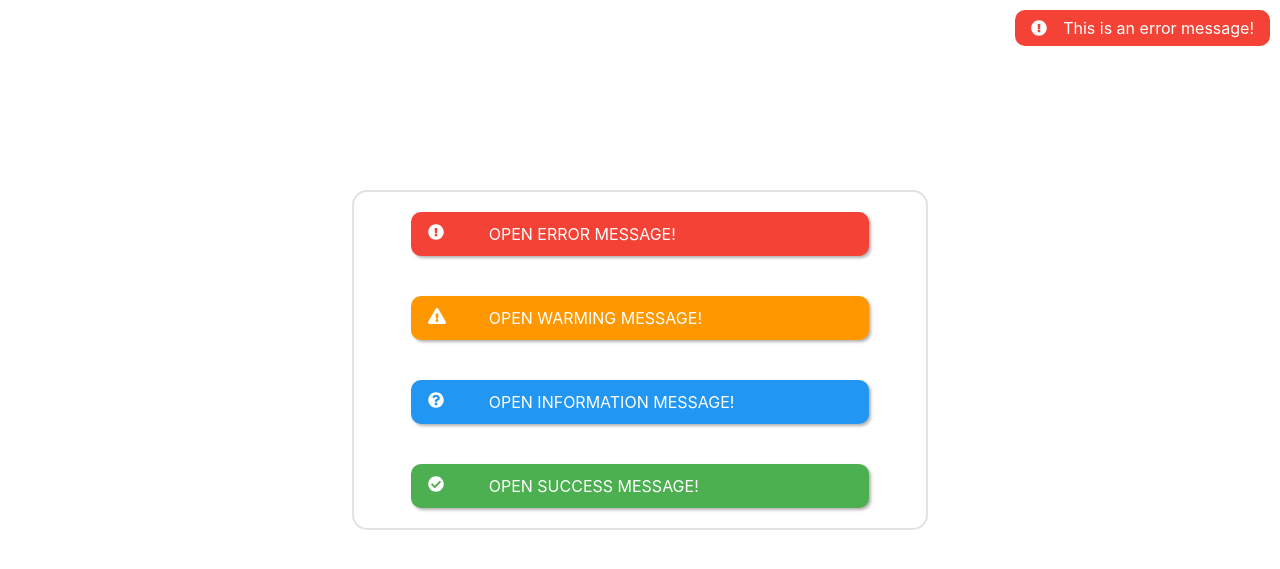
Repository: KrzysKolo/sr_tydzien5_zad2
Page: /, after clicking the first element matching `div.btn`
The author's editor kept a copy of each file at every save. The page is drawn from the files as they stood at one save, then again after the next save.
The browser window is 1280 px wide. The pictures show the whole page.
The project was rebuilt for these pictures with package versions that can differ from the ones it lists, and the page was loaded fresh each time.

Above is the page before, as saved 2020-12-28 04:46:21.

### public/index.html
<!DOCTYPE html>
<html lang="en">
  <head>
    <meta charset="utf-8" />
    <link rel="icon" href="%PUBLIC_URL%/favicon.ico" />
    <meta name="viewport" content="width=device-width, initial-scale=1" />
    <meta name="theme-color" content="#000000" />
    <meta
      name="description"
      content="Web site created using create-react-app"
    />
    <link rel="apple-touch-icon" href="%PUBLIC_URL%/logo192.png" />
    <!--
      manifest.json provides metadata used when your web app is installed on a
      user's mobile device or desktop. See https://developers.google.com/web/fundamentals/web-app-manifest/
    -->
    <link rel="manifest" href="%PUBLIC_URL%/manifest.json" />
    <!--
      Notice the use of %PUBLIC_URL% in the tags above.
      It will be replaced with the URL of the `public` folder during the build.
      Only files inside the `public` folder can be referenced from the HTML.

      Unlike "/favicon.ico" or "favicon.ico", "%PUBLIC_URL%/favicon.ico" will
      work correctly both with client-side routing and a non-root public URL.
      Learn how to configure a non-root public URL by running `npm run build`.
    -->
    <title>Zad 2 - snackbar</title>
  </head>
  <body>
    <noscript>You need to enable JavaScript to run this app.</noscript>
    <div id="root"></div>
    <!--
      This HTML file is a template.
      If you open it directly in the browser, you will see an empty page.

      You can add webfonts, meta tags, or analytics to this file.
      The build step will place the bundled scripts into the <body> tag.

      To begin the development, run `npm start` or `yarn start`.
      To create a production bundle, use `npm run build` or `yarn build`.
    -->
  </body>
</html>

### src/App.js
import React from 'react';
import Buttons from './components/Buttons';
import './App.css';
const App = () => {
  return (
    <div className="wrapper--btn">
      <Buttons />
    </div>
  )
}

export default App;

### src/components/Buttons.js
import React from 'react';
import ButtonsData from './../data/ButtonsData';
import Button from './Button';


const Buttons = () => {

    return (
        <>
            {ButtonsData.map(button =>
                <Button key={button.id} data={button} />
            )}

        </>
    )
}

export default Buttons;

### src/App.css
* {
  box-sizing: border-box;
  margin: 0;
}
body {
  width: 100vw;
  height: 100vh;
  display: flex;
  flex-direction: row;
  justify-content: center;
  align-items: center;
}
.wrapper--btn {
  border: 2px solid #e3e3e3;
  border-radius: 15px;
  width: 45vw;
  display: flex;
  flex-direction: column;
  justify-content: center;
  align-items: center;
}
.btn {
  border-radius: 10px;
  color: rgb(240, 239, 244);
  cursor: pointer;
  outline: none;
  padding: 10px 15px;
  margin: 20px;
  width: 80%;
  display: grid;
  grid-template-columns: 0.5fr 3fr;
  box-shadow: 2px 2px 3px rgba(102, 102, 102, 0.5);
  transition: all 0.3s ease-in-out;
}
.snackbar {
  font-size: 1rem;
  padding: 10px 16px;
  border-radius: 10px;
  display: grid;
  grid-template-columns: 0.5fr 3fr;
  line-height: 1rem;
}
.error {
  color: white;
  background: rgb(244, 67, 54);
}

.success {
  color: rgb(124, 0, 0);
  background: rgb(76, 175, 80);
}
.information {
  color: yellow;
  background: rgb(33, 150, 243);
}

.warning {
  background: rgb(255, 152, 0);
  color: black;
}
.top-right {
  position: absolute;
  top: 10px;
  right: 10px;
}
.center-bottom {
  position: absolute;
  bottom: 30px;
  left: calc(100vw-50%);
}
.center-left {
  position: absolute;
  top: 25vh;
  left: 10px;
}
.bottom-right {
  position: absolute;
  bottom: 10px;
  right: 10px;
}

### src/data/ButtonsData.js
const ButtonsData = [
    {
      id: 0,
      name: "OPEN ERROR MESSAGE!",
      color: "rgb(244, 67, 54)",
      icon: "faExclamationCircle",
      type: "error",
      message: "This is an error message!",
      position: "top-right",
    },
    {
      id: 1,
      name: "OPEN WARMING MESSAGE!",
      color: "rgb(255, 152, 0)",
      icon: "faExclamationTriangle",
      type: "warning",
      message: "This is a warning message!",
      position: "center-bottom",
    },
    {
      id: 2,
      name: "OPEN INFORMATION MESSAGE!",
      color: "rgb(33, 150, 243)",
      icon: "faQuestionCircle",
      type: "information",
      message: "This is an information message!",
      position:"center-left",
    },
    {
      id: 3,
      name: "OPEN SUCCESS MESSAGE!",
      color: "rgb(76, 175, 80)",
      icon: "faCheckCircle",
      type: "success",
      message: "This is a success message!",
      position: "bottom-right",
    },

  ]
 export default ButtonsData;

### src/components/Button.js
import React, { useState } from 'react';
import Icons from './Icons';
import Snackbar from './Snackbar';


const Button = ({data } ) => {

    const [isHover, setIsHover] = useState(false);
    const OutStyle = {
        border: `2px solid ${data.color}`,
        background: data.color,
        color: "#fff",
      };

      const OverStyle = {
        border: `2px solid ${data.color}`,
        backgroundColor: "#fff",
        color: data.color,

      };
    const [shownSnackbar, setShownSnackbar] = useState(false);
    const handleClick = () => {

        setShownSnackbar(true);

    };
    return (
        <>

        <div className="btn"
        /* onClick={() => switchFunction(event)} */
        onClick={handleClick}
        style={isHover ? OverStyle : OutStyle}
        onMouseOver={() => setIsHover(true)}
        onMouseOut={() => setIsHover(false)}>
            <Icons icon={data.icon}/>
             {data.name}
        </div>
        {shownSnackbar && <Snackbar type={data.type} position={data.position} message={data.message} icon={data.icon} />}
        </>
    )
}

export default Button;

### src/components/Icons.js
import React from 'react';
import { FontAwesomeIcon } from '@fortawesome/react-fontawesome';
import { faCheckCircle, faQuestionCircle, faExclamationTriangle, faExclamationCircle } from '@fortawesome/free-solid-svg-icons';

const Icons = ({icon}) => {

        switch (icon) {
            case 'faExclamationCircle': return <FontAwesomeIcon icon={faExclamationCircle} />;
            case 'faExclamationTriangle': return <FontAwesomeIcon icon={faExclamationTriangle} />;
            case 'faQuestionCircle': return <FontAwesomeIcon icon={faQuestionCircle} />;
            case 'faCheckCircle': return <FontAwesomeIcon icon={faCheckCircle} />;
            default: return null;
            }



}

export default Icons;

### src/components/Snackbar.js
import React from 'react';
import Icons from './Icons';
const Snackbar = ({type, message, icon, position}) => {
    return (
        <div className={`snackbar ${type} ${position}`}>
           <Icons icon={icon} />{message}
        </div>
    )
}

export default Snackbar

Loaded but not shown: src/index.js (common file); src/index.css (common file)

After the next save:
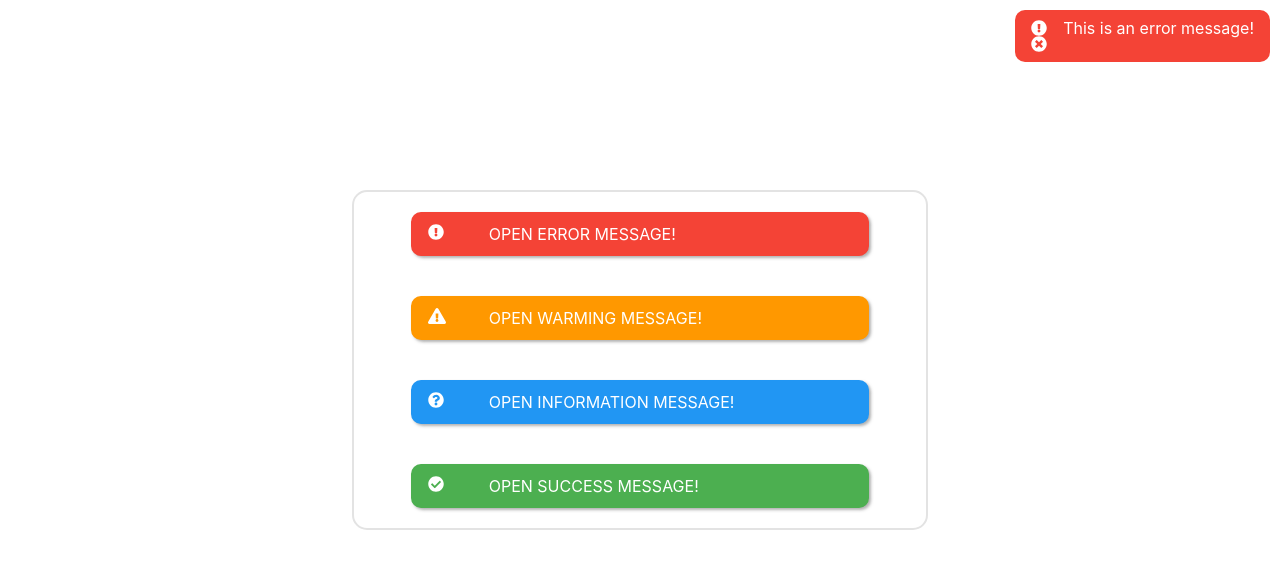
Saved 4 min 32 s later.
--- a/src/components/Snackbar.js
+++ b/src/components/Snackbar.js
@@ -1,9 +1,12 @@
 import React from 'react';
 import Icons from './Icons';
+import { FontAwesomeIcon } from '@fortawesome/react-fontawesome';
+import { faTimesCircle } from '@fortawesome/free-solid-svg-icons';
 const Snackbar = ({type, message, icon, position}) => {
     return (
         <div className={`snackbar ${type} ${position}`}>
            <Icons icon={icon} />{message}
+           <FontAwesomeIcon icon={faTimesCircle} />
         </div>
     )
 }
